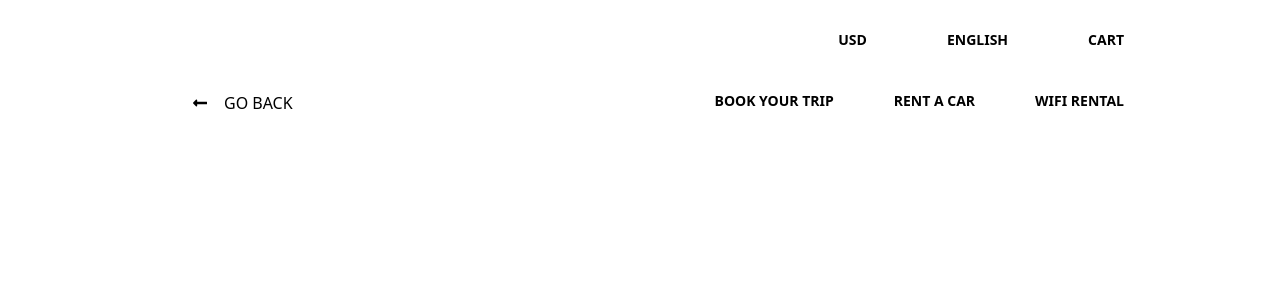
Repository: uh-sman/Iceland
Page: /
These files come from the project's save history. The page is drawn as it stood at one moment and after the next save; the edit follows.
The browser window is 1280 px wide. The pictures show the whole page.
The project was rebuilt for these pictures with package versions that can differ from the ones it lists, and the page was loaded fresh each time.

Above is the page before, as saved 2022-09-08 21:12:34.

After the next save:
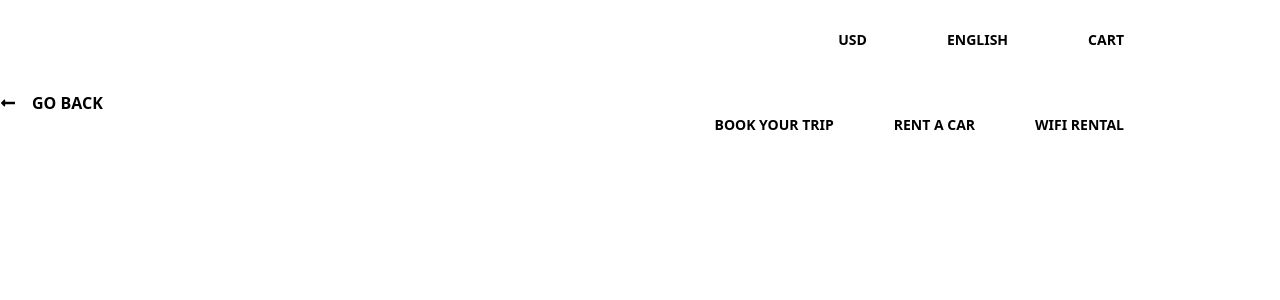
Saved 29 s later.
--- a/src/components/Bottomnav.js
+++ b/src/components/Bottomnav.js
@@ -5,9 +5,9 @@ export const Bottomnav = () => {
     <nav className="container w-full">
       <div className="py-[31px]">
         <div className="container">
-          <h1 className="flex items-center gap-4 absolute left-[192px]">
-            <FaLongArrowAltLeft className="" />
-            <a className=" cursor-pointer font-light text-normal">GO BACK</a>
+          <h1 className="flex items-center gap-4 ">
+            <FaLongArrowAltLeft />
+            <a className=" cursor-pointer font-semibold text-md">GO BACK</a>
           </h1>
         </div>
         <div className="container">
